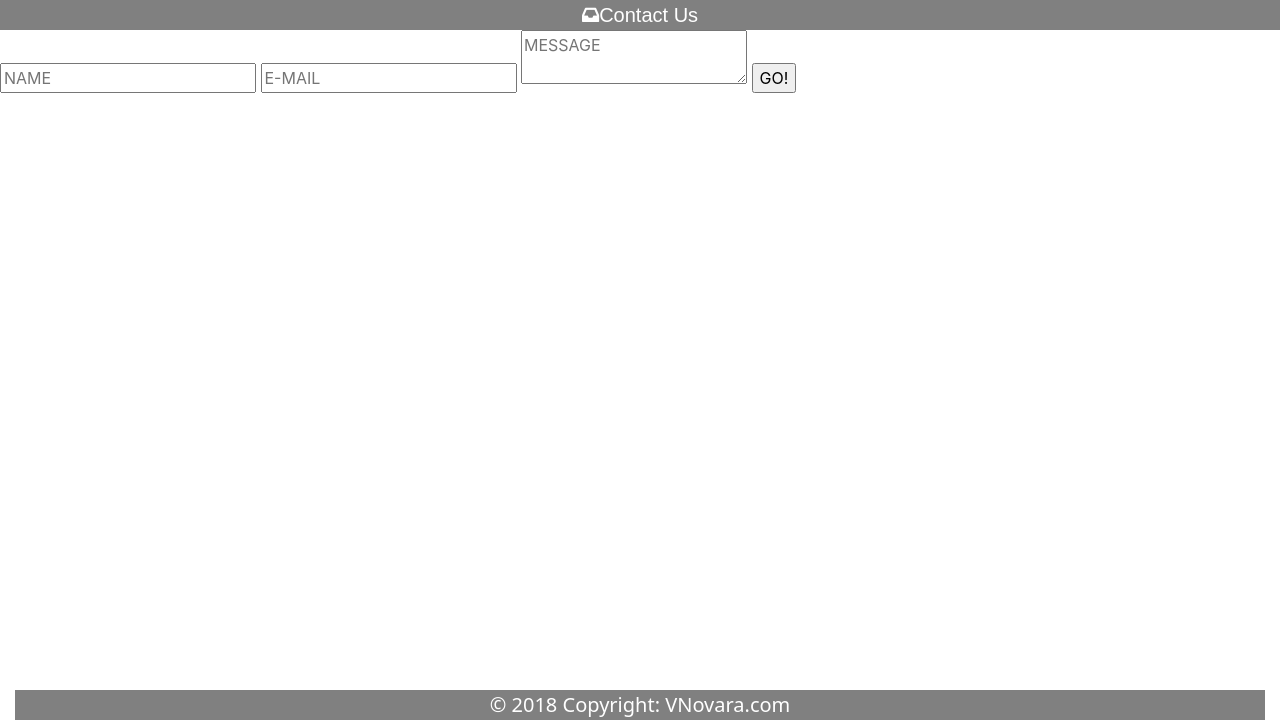
Repository: valenovi76/DeliveryExcellence
Page: contact.html
The author's editor kept a record of every edit. The page is drawn from the files as they stood at one moment, then again after the next edit.
The browser window is 1280 px wide. The pictures show the whole page.

Above is the page before.

After the next edit:
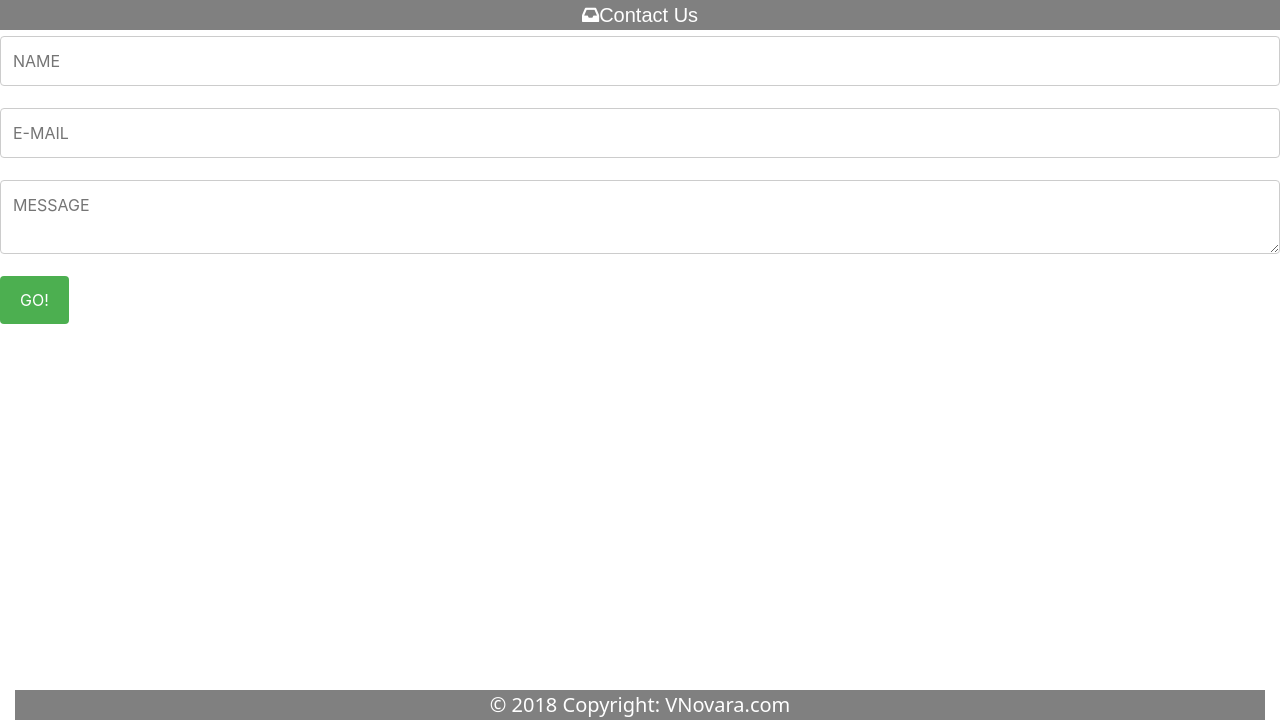
The edit:
--- a/assets/style.css
+++ b/assets/style.css
@@ -101,6 +101,46 @@
     color:white;
 }
 
+
+/*---------------------------Contact form-----------------------*/
+
+/* Style inputs with type="text", select elements and textareas */
+input[type=text], select, textarea {
+  width: 100%; /* Full width */
+  padding: 12px; /* Some padding */
+  border: 1px solid #ccc; /* Gray border */
+  border-radius: 4px; /* Rounded borders */
+  box-sizing: border-box; /* Make sure that padding and width stays in place */
+  margin-top: 6px; /* Add a top margin */
+  margin-bottom: 16px; /* Bottom margin */
+  resize: vertical /* Allow the user to vertically resize the textarea (not horizontally) */
+}
+
+/* Style the submit button with a specific background color etc */
+input[type=submit] {
+  background-color: #4CAF50;
+  color: white;
+  padding: 12px 20px;
+  border: none;
+  border-radius: 4px;
+  cursor: pointer;
+}
+
+/* When moving the mouse over the submit button, add a darker green color */
+input[type=submit]:hover {
+  background-color: #45a049;
+}
+
+/* Add a background color and some padding around the form */
+.container {
+  border-radius: 5px;
+  background-color: #f2f2f2;
+  padding: 20px;
+}
+
+
+
+
 /*----------------------------Parallax1-----------------------*/
 
 .paralsec1{
